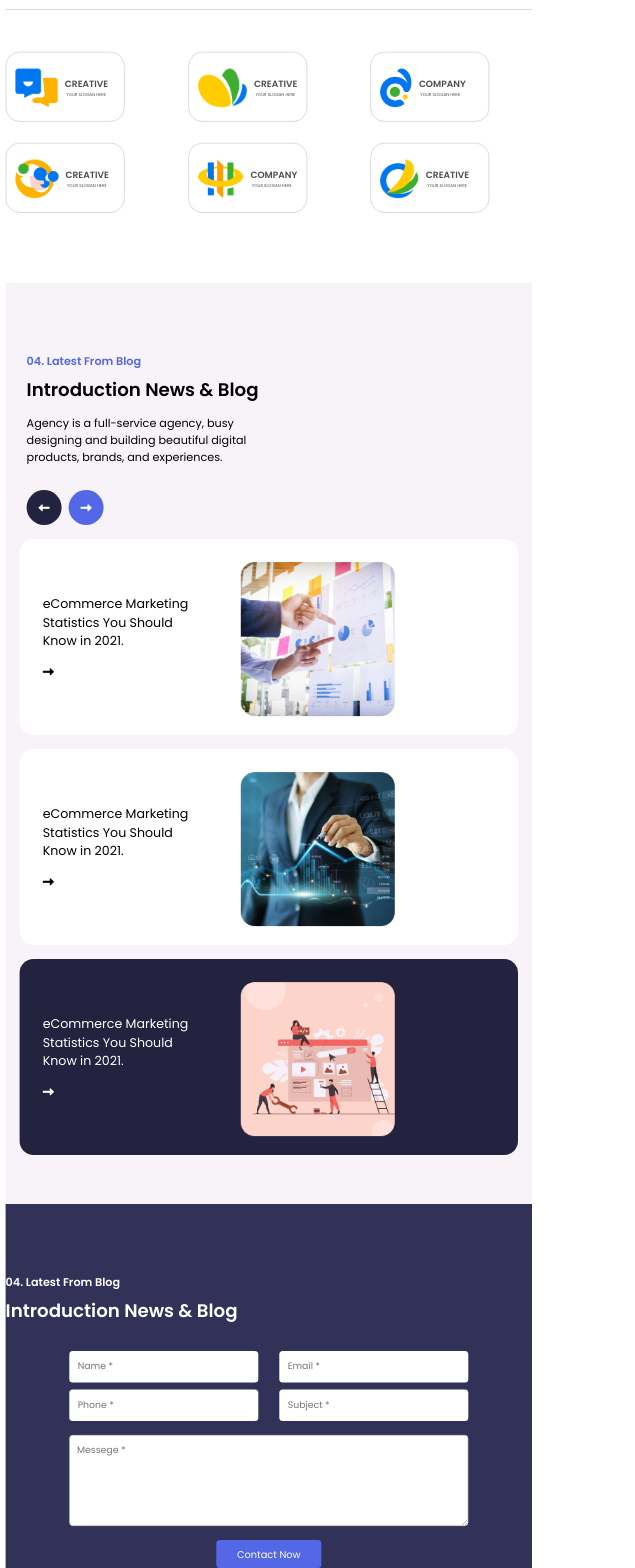
Repository: tranchi0120/LangdingPage-Htmlcss-Ago
Page: index.html
These files come from the project's save history. The page is drawn as it stood at one moment and after the next save; the edit follows.
The browser window is 768 px wide. The page is 907 px wide, so the pictures cover 907 px, including what lies to the right of the window. The pictures show the part of the page from y = 4260 to 6500 px (the page is 7496 px tall), at 70% of full size.
Some web libraries are served in a nearby version. The style sheet was rebuilt from its Sass, Less or Tailwind sources for each picture, by a compiler version that may differ from the author's.

Above is the page before, as saved 2022-08-17 10:33:49.

### index.html
<!DOCTYPE html>
<html lang="en">

<head>
    <meta charset="UTF-8" />
    <meta http-equiv="X-UA-Compatible" content="IE=edge" />
    <meta name="viewport" content="width=device-width, initial-scale=1.0" />
    <title>Ago</title>
    <!-- css -->
    <link rel="stylesheet" href="./css/app.css" />
    <!-- google font  -->
    <link rel="preconnect" href="https://fonts.googleapis.com" />
    <link rel="preconnect" href="https://fonts.gstatic.com" crossorigin />
    <link href="https://fonts.googleapis.com/css2?family=Poppins:wght@400;600;700&display=swap" rel="stylesheet" />
    <!-- google icon awaresome -->
    <link rel="stylesheet" href="https://cdnjs.cloudflare.com/ajax/libs/font-awesome/6.1.1/css/all.min.css">
    <!-- sass ./sass/app.scss ./css/app.css --watch -->
</head>

<body>
    <header class="header">
        <div class="header-top container">
            <span class="header-top-title">
                Welcome to Ago! Building Creative Business Agency
            </span>
            <div class="header-top-right">
                <div class="header-login">
                    <i class="fa-solid fa-user"></i>
                    <a href="#!" style="color:#666666">Login</a>
                </div>
                <div class="header-nation">
                    <i class="fa-solid fa-globe"></i>
                    <span class="header-language">English</span>
                    <i class="fa-solid fa-angle-down"></i>
                </div>
            </div>
        </div>
        <div class="header-line">
        </div>
        <div class="header-under container">
            <div class="header-under-logo">
                <div class="header-under-image">
                    <img class="header-under-img" src="./images/logo.png" alt="#">
                </div>
                <span class="header-under-name">Ago</span>
            </div>
            <div class="header-menu">
                <ul class="menu">
                    <li class="menu-item">
                        <a href="#" class="menu-link">Home</a>
                    </li>
                    <li class="menu-item">
                        <a href="#" class="menu-link">Features</a>
                        <i class="fa-solid fa-angle-down"></i>
                    </li>
                    <li class="menu-item">
                        <a href="#" class="menu-link">Services</a>
                    </li>
                    <li class="menu-item">
                        <a href="#" class="menu-link">Pages</a>
                    </li>
                    <li class="menu-item">
                        <a href="#" class="menu-link">Blog</a>
                    </li>
                    <li class="menu-item">
                        <a href="#" class="menu-link">Support</a>
                    </li>
                </ul>
                <div class="menu-button">
                    <i class="fa-solid fa-magnifying-glass menu-icon"></i>
                    <div class="button header-button">Contact Us</div>
                </div>
            </div>
        </div>
    </header>
    <main>
        <section class="hero">
            <div class="container">
                <div class="hero-main">
                    <div class="hero-left">
                        <div class="hero-title">
                            Trusted Professional Service.
                        </div>
                        <span class="hero-content">
                            Ago is a full-service agency, busy designing and building beautiful digital products,
                            brands, and
                            experiences.
                        </span>
                        <div class="hero-button">
                            <div class="button">Recent Work</div>
                        </div>
                        <div class="hero-down">
                            <div class="hero-icondown">
                                <i style="color:#ffffff ;" class="fa-solid fa-arrow-down"></i>
                            </div>
                            <p class="hero-scroll">
                                Scroll Down
                            </p>
                        </div>
                    </div>
                    <div class="hero-right">
                        <img class="hero-img" src="./images/hero.png" alt="#">
                    </div>
                </div>
            </div>
        </section>
        <section class="about">
            <div class="container">
                <div class="about-main">
                    <div class="about-images">
                        <img src="./images/about1.png" alt="#" class="about-img1">
                        <img src="./images/about2.png" alt="#" class="about-img2">
                        <img src="./images/about3.png" alt="#" class="about-img3">
                    </div>
                    <div class="about-us">
                        <h5 class="about-number">
                            01. About Us
                        </h5>
                        <div class="about-title">
                            We Make Designs that Lead and Inpire.
                        </div>
                        <div class="about-name">
                            A design team building a created
                            marketplace for UI designers.
                        </div>
                        <div class="about-content">
                            2,360 curated design resources to energize your creative workflow. We're a growing family of
                            682,268 designers and makers from around the world
                        </div>
                        <div class="menu-button">
                            <div class="button">Contact Us</div>
                        </div>
                    </div>
                </div>
            </div>
        </section>
        <section class="interactive">
            <div class="container">
                <div class="interactive-main">
                    <h5 class="interactive-number">
                        02. What We Do
                    </h5>
                    <div class="interactive-title">
                        <span class="interactive-name">
                            We Make Designs that Lead and Inpire.
                        </span>
                        <div class="interactive-icon">
                            <i class="fa-solid fa-left-long interactive-iconleft"></i>
                            <i class="fa-solid fa-right-long interactive-iconright"></i>
                        </div>
                    </div>
                    <div class="interactive-group">
                        <div class="interactive-box">
                            <div class="row-circle">
                                <img class="row-img" src="./images/row1.png" alt="#">
                                <h2 class="row-number">
                                    26k
                                </h2>
                                <span class="row-title">
                                    Happy Clients
                                </span>
                            </div>
                            <div class="row-circle2">
                                <img class="row-img" src="./images/row2.png" alt="#">
                                <h2 class="row-number2">
                                    76k
                                </h2>
                                <span class="row-title2">
                                    Project Done
                                </span>
                                <span class="row-content2">
                                    Lorem ipsum dolor sit amet, consectetur adipiscing elit. Mauris sapien egestas augue
                                    enim amet scelerisque.
                                </span>
                            </div>
                            <div class="row-circle">
                                <img class="row-img" src="./images/row3.png" alt="#">
                                <h2 class="row-number">
                                    20k
                                </h2>
                                <span class="row-title">
                                    AWARDS WON
                                </span>
                            </div>
                            <div class="row-circle">
                                <img class="row-img" src="./images/row4.png" alt="#">
                                <h2 class="row-number">
                                    20k
                                </h2>
                                <span class="row-title">
                                    DAILY DATA INPUT
                                </span>
                            </div>
                        </div>
                    </div>
                </div>
            </div>
        </section>
        <section class="service">
            <div class="container">
                <h5 class="service-number">
                    03. Our Services
                </h5>
                <div class="service-title">
                    <span class="service-name">
                        Welcome to Our Professional Service
                    </span>
                </div>
                <div class="service-main">
                    <div class="service-left">
                        <h2 class="service-left-title">
                            Professional Website
                            Design Consulting
                        </h2>
                        <p class="service-left-content">
                            Agency is a full-service agency, busy designing and building beautiful digital products,
                            brands, and experiences.
                        </p>
                        <div class="menu-button">
                            <div class="button">View Detail</div>
                        </div>
                        <div class="service-left-images">
                            <img src="./images/service1.png" alt="#" class="service-left-img">
                            <img src="./images/service2.png" alt="#" class="service-left-img">
                            <img src="./images/service3.png" alt="#" class="service-left-img">
                        </div>
                    </div>
                    <div class="service-right">
                        <img src="./images/service4.png" alt="#" class="service-right-img">
                    </div>
                </div>
                <div class="service-bottom">
                    <div class="service-box">
                        <div class="service-box-imgs">
                            <img src="./images/logo1.png" alt="#" class="service-box-img">
                        </div>
                        <div class="service-box-text">
                            <h2 class="service-box-title">CREATIVE</h2>
                            <p class="service-box-slogan">YOUR SLOGAN HERE</p>
                        </div>
                    </div>
                    <div class="service-box">
                        <div class="service-box-imgs">
                            <img src="./images/logo2.png" alt="#" class="service-box-img">
                        </div>
                        <div class="service-box-text">
                            <h2 class="service-box-title">CREATIVE</h2>
                            <p class="service-box-slogan">YOUR SLOGAN HERE</p>
                        </div>
                    </div>
                    <div class="service-box">
                        <div class="service-box-imgs">
                            <img src="./images/logo3.png" alt="#" class="service-box-img">
                        </div>
                        <div class="service-box-text">
                            <h2 class="service-box-title">COMPANY</h2>
                            <p class="service-box-slogan">YOUR SLOGAN HERE</p>
                        </div>
                    </div>
                    <div class="service-box">
                        <div class="service-box-imgs">
                            <img src="./images/logo4.png" alt="#" class="service-box-img">
                        </div>
                        <div class="service-box-text">
                            <h2 class="service-box-title">CREATIVE</h2>
                            <p class="service-box-slogan">YOUR SLOGAN HERE</p>
                        </div>
                    </div>
                    <div class="service-box">
                        <div class="service-box-imgs">
                            <img src="./images/logo5.png" alt="#" class="service-box-img">
                        </div>
                        <div class="service-box-text">
                            <h2 class="service-box-title">COMPANY</h2>
                            <p class="service-box-slogan">YOUR SLOGAN HERE</p>
                        </div>
                    </div>
                    <div class="service-box">
                        <div class="service-box-imgs">
                            <img src="./images/logo6.png" alt="#" class="service-box-img">
                        </div>
                        <div class="service-box-text">
                            <h2 class="service-box-title">CREATIVE</h2>
                            <p class="service-box-slogan">YOUR SLOGAN HERE</p>
                        </div>
                    </div>
                </div>
            </div>
        </section>
        <section class="latest">
            <div class="container">
                <div class="latest-main">
                    <div class="latest-group">
                        <h5 class="latest-number">
                            04. Latest From Blog
                        </h5>
                        <span class="latest-title">
                            Introduction News & Blog
                        </span>
                        <p class="latest-content">
                            Agency is a full-service agency, busy designing and building beautiful digital products,
                            brands, and experiences.
                        </p>
                        <div class="latest-icon">
                            <div class="latest-icon-left">
                                <i class="fa-solid fa-left-long"></i>
                            </div>
                            <div class="latest-icon-right">
                                <i class="fa-solid fa-right-long"></i>
                            </div>
                        </div>
                    </div>
                    <div class="latest-groups">
                        <div class="latest-box">
                            <p class="latest-text">
                                eCommerce Marketing
                                Statistics You Should
                                Know in 2021.
                            </p>
                            <i class="fa-solid fa-right-long"></i>
                        </div>
                        <div class="latest-image">
                            <img src="./images/latest1.png" alt="#" class="latest-img">
                        </div>
                    </div>
                    <div class="latest-groups">
                        <div class="latest-box">
                            <p class="latest-text">
                                eCommerce Marketing
                                Statistics You Should
                                Know in 2021.
                            </p>
                            <i class="fa-solid fa-right-long"></i>
                        </div>
                        <div class="latest-image">
                            <img src="./images/latest2.png" alt="#" class="latest-img">
                        </div>
                    </div>
                    <div class="latest-groups3">
                        <div class="latest-box3">
                            <p class="latest-text3">
                                eCommerce Marketing
                                Statistics You Should
                                Know in 2021.
                            </p>
                            <i class="fa-solid fa-right-long"></i>
                        </div>
                        <div class="latest-image">
                            <img src="./images/latest3.png" alt="#" class="latest-img">
                        </div>
                    </div>
                </div>
            </div>
        </section>
        <section class="contact">
            <div class="container">
                <!-- <img class="contact-background" src="./images/background.png" alt="#"> -->
                <div class="contact-main">
                    <h5 class="contact-number">
                        04. Latest From Blog
                    </h5>
                    <span class="contact-title">
                        Introduction News & Blog
                    </span>
                    <div class="contact-import">
                        <input class="contact-input" type="text" placeholder="Name *">
                        <input class="contact-input" type="text" placeholder="Email *">
                        <input class="contact-input" type="text" placeholder="Phone *">
                        <input class="contact-input" type="text" placeholder="Subject *">
                    </div>
                    <div class="contact-import">
                        <textarea class="contact-textarea" name="text" id="#" cols="30" rows="10"
                            placeholder="Messege *"></textarea>
                    </div>
                    <div class="menu-button">
                        <div class="button contact-button">Contact Now</div>
                    </div>
                </div>
            </div>
        </section>
        <section class="subscribe">
            <div class="container">
                <div class="subscribe-main">
                    <h2 class="subscribe-title">
                        Subscribe to our Newsletter
                    </h2>
                    <p class="subscribe-text">
                        Lorem ipsum dolor sit amet, consectetur adipiscing elit. Mauris sapien egestas augue enim amet
                        scelerisque.
                    </p>
                    <div class="subscribe-import">
                        <input class="subscribe-input" type="text" placeholder="Email Address...">
                        <div class="subscribe-button">
                            <a style="color: white;" href="#!">Subscribe</a>
                        </div>
                    </div>
                </div>
            </div>
        </section>
    </main>
    <footer class="footer">
        <div class="container">
            <div class="footer-top">
                <div class="footer-group">
                    <span class="footer-group-title">
                        About US
                    </span>
                    <p class="footer-group-text">
                        Lorem ipsum dolor amet, consectetur
                        adipiscing elit. Est nulla nec semper
                        sed nunc vitae.
                    </p>
                    <div class="footer-group-icon">
                        <i class="footer-icon fa-brands fa-facebook-f"></i>
                        <i class="footer-icon fa-brands fa-twitter"></i>
                        <i class="footer-icon fa-brands fa-instagram"></i>
                        <i class="footer-icon fa-brands fa-youtube"></i>
                    </div>
                </div>
                <div class="footer-group">
                    <span class="footer-group-title">
                        Need Help?
                    </span>
                    <ul class="footer-group-box">
                        <li class="footer-group-li">Help Center</li>
                        <li class="footer-group-li">Terms of Services</li>
                        <li class="footer-group-li">Community Meet</li>
                        <li class="footer-group-li">Pricing Plan</li>
                    </ul>
                </div>
                <div class="footer-group">
                    <span class="footer-group-title">
                        live contact
                    </span>
                    <ul class="footer-group-box">
                        <li class="footer-group-li">Live Chat</li>
                        <li class="footer-group-li">Phone: (+123)4 567 890</li>
                        <li class="footer-group-li">Hotline: (+84) 399 2689</li>
                        <li class="footer-group-li">Support@domain.com</li>
                    </ul>
                </div>
                <div class="footer-group">
                    <span class="footer-group-title">
                        Address
                    </span>
                    <ul class="footer-group-box">
                        <p class="footer-group-address">1 Beverly Hills, House 36,
                            Los Angeles, California,
                            United States.</p>
                    </ul>
                </div>
            </div>
        </div>
        <div class="footer-bottom">
            <div class="container">
                <div class="footer-bottom-main">
                    <p class="footer-bottom-text">
                        Copyright ©2021 BzoTech. All Rights Reserved.
                    </p>
                    <a href="#">
                        <i class="footer-bottom-icon fa-solid fa-angle-up"></i>
                    </a>
                    <p class="footer-bottom-text">
                        Design by BzoTech
                    </p>
                </div>
            </div>
        </div>
    </footer>
</body>

</html>

### sass/app.scss
@import "global";
@import "header";
@import "menu";
@import "variable";
@import "hero";
@import "about";
@import "interactive";
@import "row";
@import "service";
@import "latest";
@import "contact";
@import "subscribe";
@import "footer";

### sass/_variable.scss
$font: "Poppins", sans-serif;
$color1: #232340;
$color2: #323259;
$color-btn: #5468e7;
$black: #222222;
$white: #ffffff;

### sass/_contact.scss
.contact {
    background: #323259;
    height: 600px;
    &-main {
        padding-top: 100px;
        margin: 0 auto;
    }

    &-number {
        margin-bottom: 10px;
        margin-top: 0;
        font-weight: 600;
        line-height: 24px;
        color: white;
        font-size: 16px;
    }
    &-title {
        display: block;
        font-size: 26px;
        line-height: 39px;
        font-weight: 600;
        margin-bottom: 25px;
        color: white;
        margin-bottom: 37px;
    }
    &-input {
        padding: 12px;
        border-radius: 5px;
        height: 45px;
        width: 270px;
        border: none;
    }
    &-import {
        margin: 0 auto;
        width: 570px;
        display: grid;
        grid-template-columns: repeat(2, 1fr);
        gap: 10px 30px;
    }
    &-textarea {
        padding: 10px;
        border-radius: 5px;
        border: 1px solid #cccccc;
        height: 130px;
        width: 570px;
        margin-top: 20px;
        margin-bottom: 20px;
    }
    &-button {
        margin: 0 auto;
    }
}

Loaded but not shown: sass/_service.scss (163 lines, source omitted); sass/_latest.scss (154 lines, source omitted); sass/_hero.scss (113 lines, source omitted); sass/_about.scss (118 lines, source omitted); sass/_header.scss (102 lines, source omitted); sass/_row.scss (105 lines, source omitted); sass/_interactive.scss (96 lines, source omitted); sass/_footer.scss (77 lines, source omitted); sass/_subscribe.scss (44 lines, source omitted); sass/_menu.scss (33 lines, source omitted); sass/_global.scss (32 lines, source omitted)

After the next save:
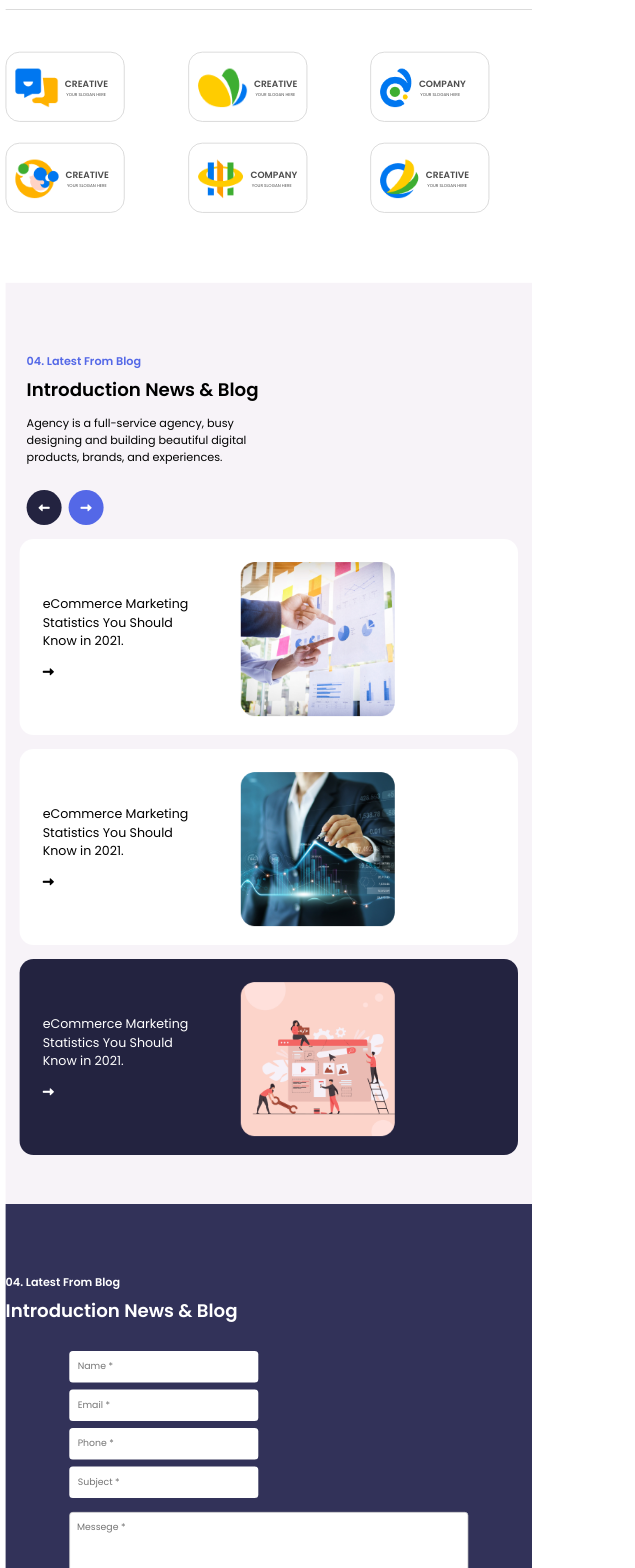
Saved 11 min 54 s later.
--- a/sass/_contact.scss
+++ b/sass/_contact.scss
@@ -49,4 +49,14 @@
     &-button {
         margin: 0 auto;
     }
+
+    @media only screen and (min-width: 600px) and (max-width: 1023px) {
+        &-import {
+            margin: 0 auto;
+            width: 570px;
+            display: grid;
+            grid-template-columns: repeat(1, 1fr);
+            gap: 10px 30px;
+        }
+    }
 }
